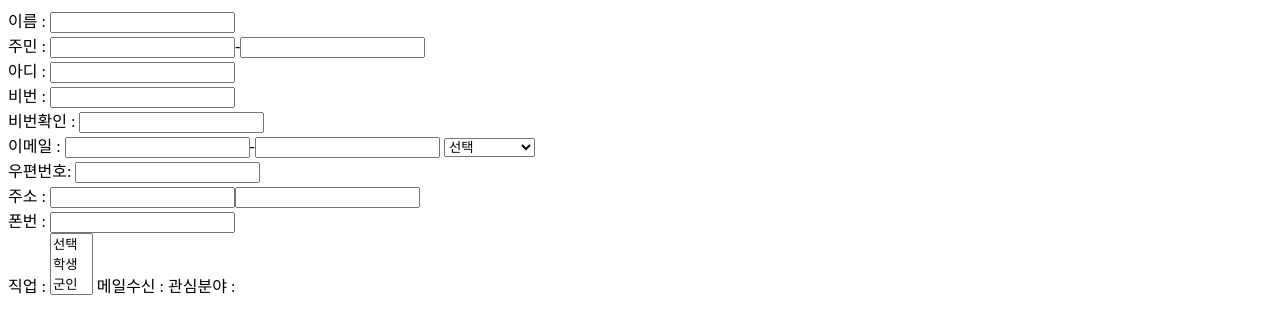
Repository: supremehappy/JSP_test02
Page: http://localhost/JSP_Test/JSP_Test_02.jsp
These files come from the project's save history. The page is drawn as it stood at one moment and after the next save; the edit follows.
The browser window is 1280 px wide. The pictures show the whole page.
The page is served by Tomcat 9.

Above is the page before, as saved 2017-07-14 06:42:48.

### JSP_Test/WebContent/JSP_Test_02.jsp
<%@ page language="java" contentType="text/html; charset=UTF-8"
    pageEncoding="UTF-8"%>
<!DOCTYPE html PUBLIC "-//W3C//DTD HTML 4.01 Transitional//EN" "http://www.w3.org/TR/html4/loose.dtd">
<html>
<head>
<meta http-equiv="Content-Type" content="text/html; charset=UTF-8">
<title>Insert title here</title>
<style type="text/css">
	label{
		width:150px;
	}
</style>
</head>
<body>

		<label>이름 : </label>
		<input type="text" name="name"><br>
		<label>주민 : </label>
		<input type="text" name="jumin">-<input type="password" name="jumin2"><br>
		<label>아디 : </label>
		<input type="text" name="id"><br>
		<label>비번 : </label>
		<input type="password" name="pw"><br>
		<label>비번확인 : </label>
		<input type="password" name="pw2"><br>
		<label>이메일 : </label>
		<input type="text" name="mail">-<input type="text" name="mail2">
		<select name="mail3" size="1">
			<option value="">선택</option>
			<option value="네이버">naver.com</option>
			<option value="다음">daum.net</option>
			<option value="구글">google.com</option>
		</select>
		<br>
		<label>우편번호: </label>
		<input type="text" name="post"><br>
		<label>주소 : </label>
		<input type="text" name="addr"><input type="text" name="addr2"><br>
		<label>폰번 : </label>
		<input type="text" name="phone"><br>
		<label>직업 : </label>
		<select name="job" size="3">
			<option value="">선택</option>
			<option value="학생">학생</option>
			<option value="군인">군인</option>
			<option value="언론">언론</option>
			<option value="공무원">공무원</option>
			<option value="유통업">유통업</option>
			<option value="제조업">제조업</option>
			<option value="운수업">운수업</option>
			<option value="개발자">개발자</option>
			<option value="자영업">자영업</option>
		</select>
		<label>메일수신 : </label>
		<label>관심분야 : </label>
</body>
</html>

After the next save:
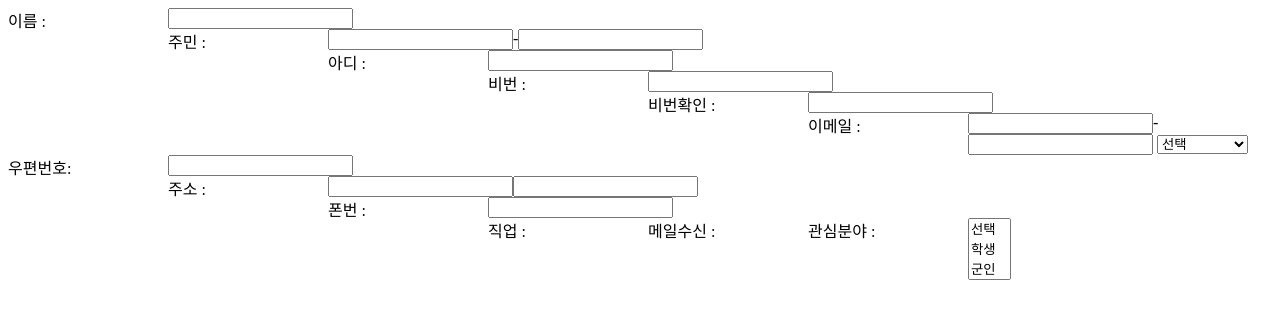
Saved 40 s later.
--- a/JSP_Test/WebContent/JSP_Test_02.jsp
+++ b/JSP_Test/WebContent/JSP_Test_02.jsp
@@ -6,9 +6,11 @@
 <meta http-equiv="Content-Type" content="text/html; charset=UTF-8">
 <title>Insert title here</title>
 <style type="text/css">
-	label{
-		width:150px;
-	}
+	label {
+	width:160px;
+	display: inline-block;
+	float: left;
+}
 </style>
 </head>
 <body>
